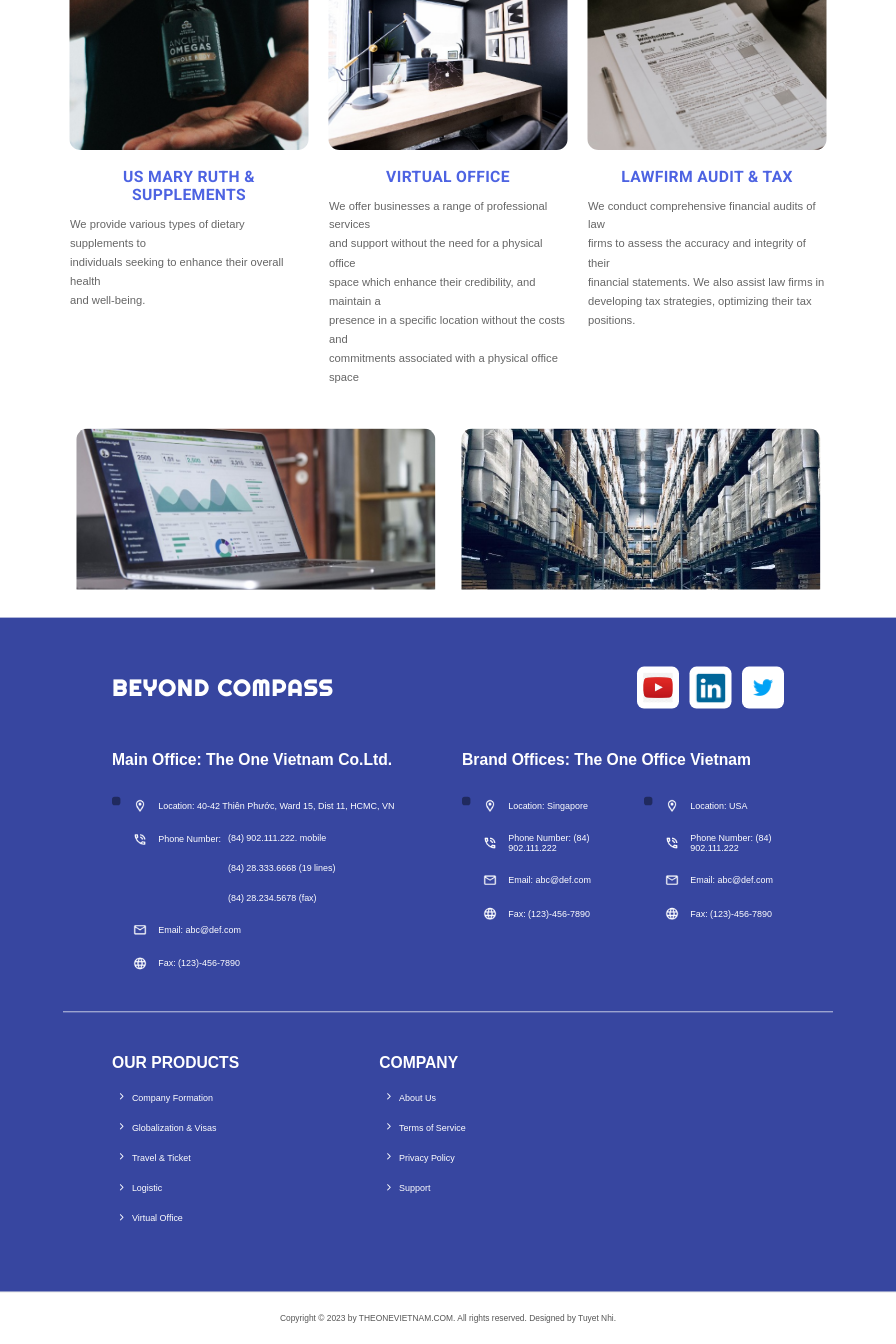
Repository: trunghau06/baitapRn
Page: pages/product.html
An editor plug-in stored every save of this project. The page is shown before and after the next save, followed by the edit.
The browser window is 1280 px wide. The pictures show the part of the page from y = 1326 to 3246 px (the page is 3246 px tall before and 2208 px after), at 70% of full size.

Above is the page before, as saved 2025-10-09 22:39:31.

### pages/product.html
<!DOCTYPE html>
<html lang="en">
<head>
    <meta charset="UTF-8">
    <meta name="viewport" content="width=device-width, initial-scale=1.0">
    <title>Our products</title>
    <link rel="stylesheet" href="../style/product.css?v=1">
    <link rel="stylesheet" href="https://cdnjs.cloudflare.com/ajax/libs/font-awesome/6.5.1/css/all.min.css">
    <link href="https://fonts.googleapis.com/css2?family=Roboto:wght@400;700&display=swap" rel="stylesheet">
</head>
<body>
    <!-- Thanh Header -->
    <header>
        <div class="header-Page">
            <!-- Logo -->
            <div class="logo">BEYOND COMPASS</div>

            <!-- Navigation Menu -->
            <nav>
                <ul>
                    <li><a href="../index.html"                 >HOME        </a></li>
                    <li><a href="about.html"                 >ABOUT US    </a></li>
                    <li><a href="product.html" class="active">OUR PRODUCTS</a></li>
                    <li><a href="news.html"                  >NEWS        </a></li>
                    <li><a href="team.html"                  >OUR TEAM    </a></li>
                    <li><a href="contact.html"               >CONTACT     </a></li>
                    <li><a href="blogs.html"                 >BLOGS       </a></li>
                </ul>
            </nav>
        </div>
    </header>

    <div class="header-banner"></div>

    <!-- Gioi Thieu -->
    <div class="introduce-Page">
        <svg class="hexagon-small-double" viewBox="0 0 100 115" xmlns="http://www.w3.org/2000/svg">
            <polygon points="50 10, 85 30, 85 70, 50 90, 15 70, 15 30"
                    fill="#C8CFF6"
                    stroke="none"/>
            <polygon points="50 -2, 97 20, 97 80, 50 102, 3 80, 3 20"
                    fill="none"
                    stroke="#C8CFF6"
                    stroke-width="10"/>
        </svg>

        <div class="hexagon hexagon-large"></div>

         <svg class="hexagon-outline" viewBox="0 0 100 115" xmlns="http://www.w3.org/2000/svg">
            <polygon points="50 0, 93 25, 93 75, 50 100, 7 75, 7 25"
                    fill="none"
                    stroke="#C8CFF6"
                    stroke-width="2"
                    stroke-dasharray="5, 5"/>
        </svg>

        <svg class="pentagon-outline" viewBox="0 0 100 100" xmlns="http://www.w3.org/2000/svg">
            <defs>
                <linearGradient id="strokeHalfColor" x1="0%" y1="0%" x2="100%" y2="0%">
                    <stop offset="50%" style="stop-color:#FFFFFF;stop-opacity:1" />
                    <stop offset="50%" style="stop-color:#C8CFF6;stop-opacity:1" />
                </linearGradient>
            </defs>
            <polygon points="50 5, 95 40, 80 90, 20 90, 5 40"
                    fill="none"
                    stroke="url(#strokeHalfColor)"
                    stroke-width="3"
                    transform="rotate(30 50 50)"/>
        </svg>

        <svg class="pentagon-filled" viewBox="0 0 100 100" xmlns="http://www.w3.org/2000/svg">
            <polygon points="50 5, 95 40, 80 90, 20 90, 5 40"
                    fill="#C8CFF6"
                    stroke="#C8CFF6"
                    stroke-width="3"/>
        </svg>

        <h1>Our products</h1>

        <h3>Unleash the Power of Innovation!</h3>

        <p>We are proud to offer a diverse range of cutting-edge products designed to revolutionize your world.</p>
    </div>

    <div class="box-section">
        <!-- box 1 -->
        <div class="box">
            <img src="../Images/image_box_1.jpg" alt="">

            <div class="content-box">
                <h3>COMPANY FORMATION</h3>

                <p>
                    We aim to simplify and streamline the complex legal<br>
                    and administrative procedures involved in company<br>
                    formation, helping clients navigate the requirements<br>
                    and ensure compliance with relevant regulations.</p>
            </div>
        </div>

        <!-- box 2 -->
        <div class="box">
            <img src="../Images/image_box_2.jpg" alt="">

            <div class="content-box">
                <h3>GLOBAL IMMIGRATION & VISAS</h3>

                <p>
                    We assist people who want to travel, work, study, or<br>
                    live in another country by offering comprehensive<br>
                    assistance throughout the immigration and visa<br>
                    application process.</p>
            </div>
        </div>

        <!-- box 3 -->
        <div class="box">
            <img src="../Images/image_box_3.jpg" alt="">

            <div class="content-box">
                <h3>TRAVEL AND TICKETS</h3>

                <p>
                    We provide personalized consultations to assess<br>
                    clients' immigration goals, evaluate eligibility for <br>
                    various immigration programs, and develop a<br>
                    strategic immigration plan.</p>
            </div>
        </div>

        <!-- box 4 -->
        <div class="box">
            <img src="../Images/image_box_4.jpg" alt="">

            <div class="content-box">
                <h3>US MARY RUTH & SUPPLEMENTS</h3>

                <p>
                    We provide various types of dietary supplements to<br>
                    individuals seeking to enhance their overall health<br>
                    and well-being.
            </div>
        </div>

        <!-- box 5 -->
        <div class="box">
            <img src="../Images/image_box_5.jpg" alt="">

            <div class="content-box">
                <h3>VIRTUAL OFFICE</h3>

                <p>
                    We offer businesses a range of professional services<br>
                    and support without the need for a physical office<br>
                    space which enhance their credibility, and maintain a<br>
                    presence in a specific location without the costs and<br>
                    commitments associated with a physical office<br>
                    space
                </p>
            </div>
        </div>

        <!-- box 6 -->
        <div class="box">
            <img src="../Images/image_box_6.jpg" alt="">

            <div class="content-box">
                <h3>LAWFIRM AUDIT & TAX</h3>

                <p>
                    We conduct comprehensive financial audits of law <br>
                    firms to assess the accuracy and integrity of their<br>
                    financial statements. We also assist law firms in <br>
                    developing tax strategies, optimizing their tax<br>
                    positions.
                </p>
            </div>
        </div>

        <!-- box 7 -->
        <div class="box">
            <img src="../Images/image_box_7.jpg" alt="">

            <div class="content-box">
                <h3>DOMAIN SERVICE</h3>

                <p>
                    We help users search for and register available domain names based on their<br>
                    preferences and the availability of the desired domain extension.
                </p>
            </div>
        </div>

        <!-- box 8 -->
        <div class="box">
            <img src="../Images/image_box_8.jpg" alt="">

            <div class="content-box">
                <h3>LOGISTIC</h3>

                <p>
                    We offer the management and coordination of various activities related to the <br>
                    movement, storage, and handling of goods and resources throughout the supply <br>
                    chain.
                </p>
            </div>
        </div>
    </div>

    <!-- Footer -->
    <div class="footer">
        <!-- Header -->
        <div class="header-Footer">
            <h2>BEYOND COMPASS</h2>
            <div class="social-icons">
                <button><img src="../Images/youtube.png" alt="YouTube"></button>
                <button><img src="../Images/logo_linkedin.png" alt="LinkedIn"></button>
                <button><img src="../Images/image.png" alt="Twitter"></button>
            </div>
        </div>

        <!-- Offices -->
        <div class="offices">
            <!-- Main Office -->
            <div class="office">
                <h3>Main Office: The One Vietnam Co.Ltd.</h3>
                <div class="office-info">
                    <span class="square"></span>

                    <div class="content-info">
                        <p><img src="../Images/ic_map.png" alt="">Location: 40-42 Thiên Phước, Ward 15, Dist 11, HCMC, VN</p>

                        <div class="phone-group">
                            <p><img src="../Images/ic_phone.png" alt="">Phone Number: </p>

                            <div class="phone">
                                <p>(84) 902.111.222. mobile</p>
                                <p>(84) 28.333.6668 (19 lines)</p>
                                <p>(84) 28.234.5678 (fax)</p>
                            </div>
                        </div>

                        <p><img src="../Images/ic_email.png" alt="">Email: abc@def.com</p>
                        <p><img src="../Images/ic_global.png" alt="">Fax: (123)-456-7890</p>
                    </div>
                </div>
            </div>

            <!-- Brand Offices -->
            <div class="office">
                <h3>Brand Offices: The One Office Vietnam</h3>
                <div class="brand-offices">
                    <div class="office-info">
                        <span class="square"></span>

                        <div class="content-info">
                            <p><img src="../Images/ic_map.png" alt="Location">Location: Singapore</p>
                            <p><img src="../Images/ic_phone.png" alt="Phone">Phone Number: (84) 902.111.222</p>
                            <p><img src="../Images/ic_email.png" alt="Email">Email: abc@def.com</p>
                            <p><img src="../Images/ic_global.png" alt="Fax">Fax: (123)-456-7890</p>
                        </div>
                    </div>

                    <div class="office-info">
                        <span class="square"></span>

                        <div class="content-info">
                            <p><img src="../Images/ic_map.png" alt="">Location: USA</p>
                            <p></span><img src="../Images/ic_phone.png" alt="">Phone Number: (84) 902.111.222</p>
                            <p></span><img src="../Images/ic_email.png" alt="">Email: abc@def.com</p>
                            <p></span><img src="../Images/ic_global.png" alt="">Fax: (123)-456-7890</p>
                        </div>
                    </div>
                </div>
            </div>
        </div>

        <div class="line"></div>

        <div class="footer-links">
            <div class="link-column">
            <h4>OUR PRODUCTS</h4>
            <ul>
                <li><i class="fas fa-chevron-right"></i> Company Formation</li>
                <li><i class="fas fa-chevron-right"></i> Globalization & Visas</li>
                <li><i class="fas fa-chevron-right"></i> Travel & Ticket</li>
                <li><i class="fas fa-chevron-right"></i> Logistic</li>
                <li><i class="fas fa-chevron-right"></i> Virtual Office</li>
            </ul>
            </div>

            <div class="link-column">
            <h4>COMPANY</h4>
            <ul>
                <li><i class="fas fa-chevron-right"></i> About Us</li>
                <li><i class="fas fa-chevron-right"></i> Terms of Service</li>
                <li><i class="fas fa-chevron-right"></i> Privacy Policy</li>
                <li><i class="fas fa-chevron-right"></i> Support</li>
            </ul>
            </div>
        </div>

        <footer class="footer-bottom">
            <p>Copyright © 2023 by THEONEVIETNAM.COM. All rights reserved. Designed by Tuyet Nhi.</p>
        </footer>
    </div>
</body>
</html>

Loaded but not shown: style/product.css (422 lines, source omitted)

After the next save:
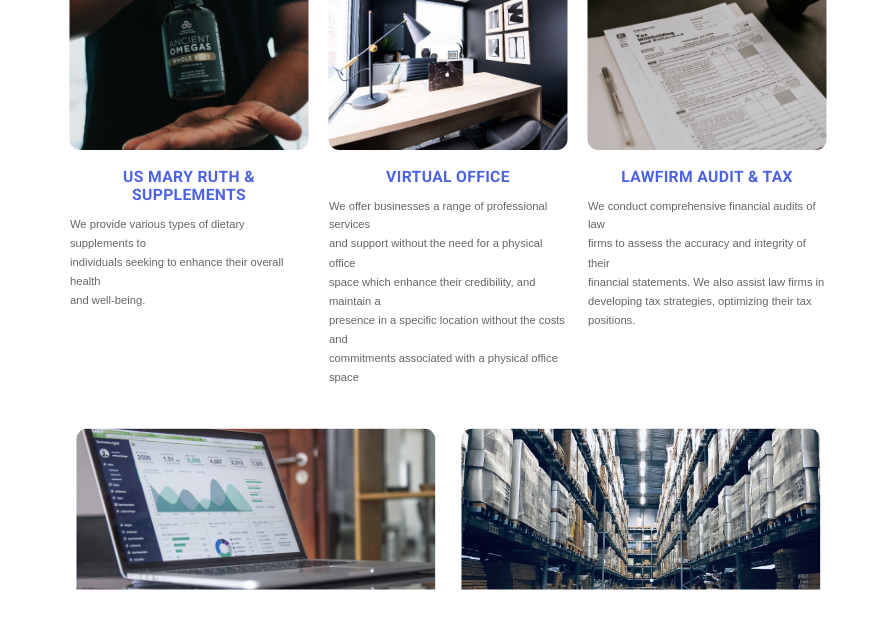
Saved 35 s later.
--- a/pages/product.html
+++ b/pages/product.html
@@ -207,102 +207,6 @@
         </div>
     </div>
 
-    <!-- Footer -->
-    <div class="footer">
-        <!-- Header -->
-        <div class="header-Footer">
-            <h2>BEYOND COMPASS</h2>
-            <div class="social-icons">
-                <button><img src="../Images/youtube.png" alt="YouTube"></button>
-                <button><img src="../Images/logo_linkedin.png" alt="LinkedIn"></button>
-                <button><img src="../Images/image.png" alt="Twitter"></button>
-            </div>
-        </div>
-
-        <!-- Offices -->
-        <div class="offices">
-            <!-- Main Office -->
-            <div class="office">
-                <h3>Main Office: The One Vietnam Co.Ltd.</h3>
-                <div class="office-info">
-                    <span class="square"></span>
-
-                    <div class="content-info">
-                        <p><img src="../Images/ic_map.png" alt="">Location: 40-42 Thiên Phước, Ward 15, Dist 11, HCMC, VN</p>
-
-                        <div class="phone-group">
-                            <p><img src="../Images/ic_phone.png" alt="">Phone Number: </p>
-
-                            <div class="phone">
-                                <p>(84) 902.111.222. mobile</p>
-                                <p>(84) 28.333.6668 (19 lines)</p>
-                                <p>(84) 28.234.5678 (fax)</p>
-                            </div>
-                        </div>
-
-                        <p><img src="../Images/ic_email.png" alt="">Email: abc@def.com</p>
-                        <p><img src="../Images/ic_global.png" alt="">Fax: (123)-456-7890</p>
-                    </div>
-                </div>
-            </div>
-
-            <!-- Brand Offices -->
-            <div class="office">
-                <h3>Brand Offices: The One Office Vietnam</h3>
-                <div class="brand-offices">
-                    <div class="office-info">
-                        <span class="square"></span>
-
-                        <div class="content-info">
-                            <p><img src="../Images/ic_map.png" alt="Location">Location: Singapore</p>
-                            <p><img src="../Images/ic_phone.png" alt="Phone">Phone Number: (84) 902.111.222</p>
-                            <p><img src="../Images/ic_email.png" alt="Email">Email: abc@def.com</p>
-                            <p><img src="../Images/ic_global.png" alt="Fax">Fax: (123)-456-7890</p>
-                        </div>
-                    </div>
-
-                    <div class="office-info">
-                        <span class="square"></span>
-
-                        <div class="content-info">
-                            <p><img src="../Images/ic_map.png" alt="">Location: USA</p>
-                            <p></span><img src="../Images/ic_phone.png" alt="">Phone Number: (84) 902.111.222</p>
-                            <p></span><img src="../Images/ic_email.png" alt="">Email: abc@def.com</p>
-                            <p></span><img src="../Images/ic_global.png" alt="">Fax: (123)-456-7890</p>
-                        </div>
-                    </div>
-                </div>
-            </div>
-        </div>
-
-        <div class="line"></div>
-
-        <div class="footer-links">
-            <div class="link-column">
-            <h4>OUR PRODUCTS</h4>
-            <ul>
-                <li><i class="fas fa-chevron-right"></i> Company Formation</li>
-                <li><i class="fas fa-chevron-right"></i> Globalization & Visas</li>
-                <li><i class="fas fa-chevron-right"></i> Travel & Ticket</li>
-                <li><i class="fas fa-chevron-right"></i> Logistic</li>
-                <li><i class="fas fa-chevron-right"></i> Virtual Office</li>
-            </ul>
-            </div>
-
-            <div class="link-column">
-            <h4>COMPANY</h4>
-            <ul>
-                <li><i class="fas fa-chevron-right"></i> About Us</li>
-                <li><i class="fas fa-chevron-right"></i> Terms of Service</li>
-                <li><i class="fas fa-chevron-right"></i> Privacy Policy</li>
-                <li><i class="fas fa-chevron-right"></i> Support</li>
-            </ul>
-            </div>
-        </div>
-
-        <footer class="footer-bottom">
-            <p>Copyright © 2023 by THEONEVIETNAM.COM. All rights reserved. Designed by Tuyet Nhi.</p>
-        </footer>
-    </div>
+
 </body>
 </html>

After the save that followed:
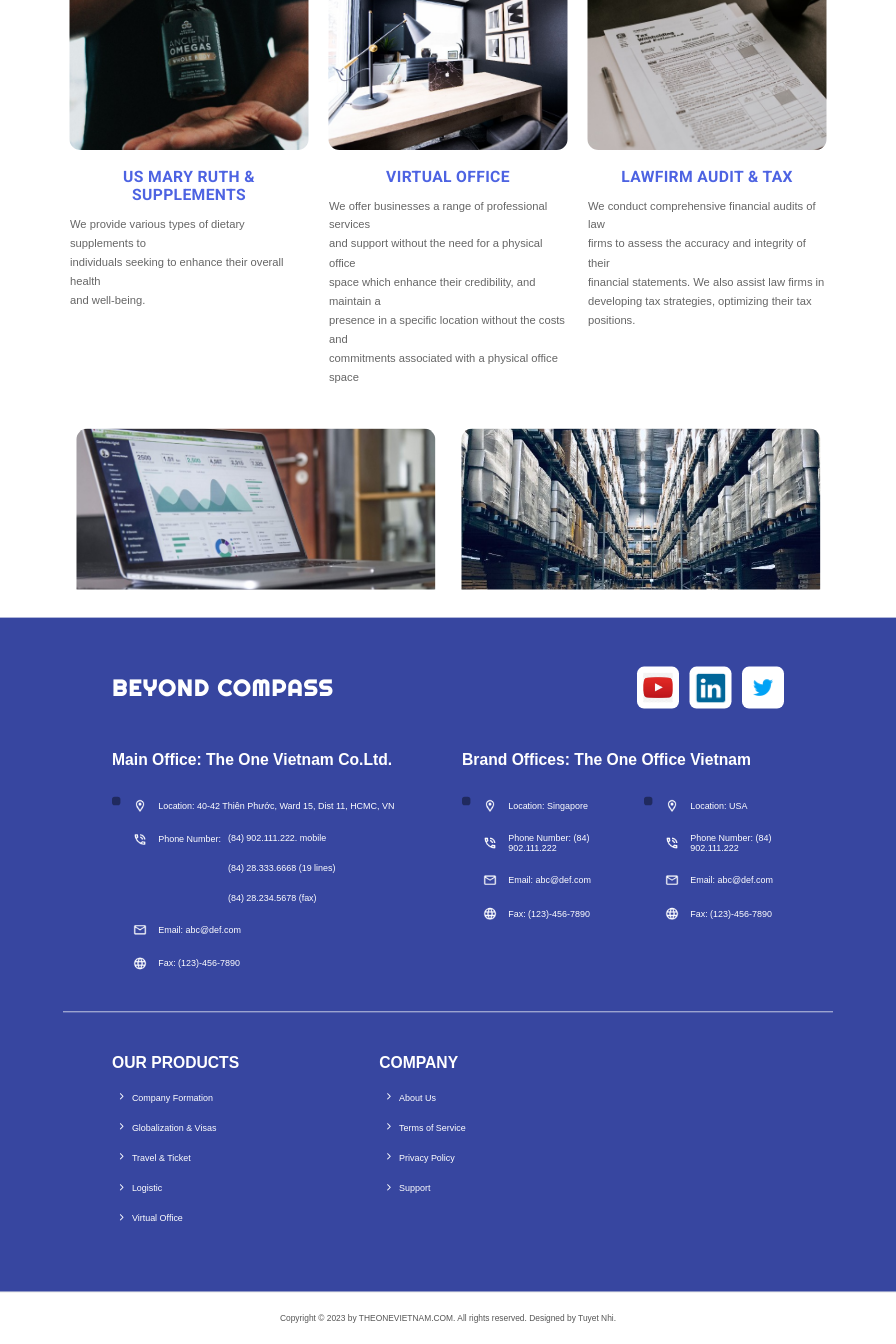
Saved 80 s later.
--- a/pages/product.html
+++ b/pages/product.html
@@ -207,6 +207,102 @@
         </div>
     </div>
 
-
+    <!-- Footer -->
+    <div class="footer">
+        <!-- Header -->
+        <div class="header-Footer">
+            <h2>BEYOND COMPASS</h2>
+            <div class="social-icons">
+                <button><img src="../Images/youtube.png" alt="YouTube"></button>
+                <button><img src="../Images/logo_linkedin.png" alt="LinkedIn"></button>
+                <button><img src="../Images/image.png" alt="Twitter"></button>
+            </div>
+        </div>
+
+        <!-- Offices -->
+        <div class="offices">
+            <!-- Main Office -->
+            <div class="office">
+                <h3>Main Office: The One Vietnam Co.Ltd.</h3>
+                <div class="office-info">
+                    <span class="square"></span>
+
+                    <div class="content-info">
+                        <p><img src="../Images/ic_map.png" alt="">Location: 40-42 Thiên Phước, Ward 15, Dist 11, HCMC, VN</p>
+
+                        <div class="phone-group">
+                            <p><img src="../Images/ic_phone.png" alt="">Phone Number: </p>
+
+                            <div class="phone">
+                                <p>(84) 902.111.222. mobile</p>
+                                <p>(84) 28.333.6668 (19 lines)</p>
+                                <p>(84) 28.234.5678 (fax)</p>
+                            </div>
+                        </div>
+
+                        <p><img src="../Images/ic_email.png" alt="">Email: abc@def.com</p>
+                        <p><img src="../Images/ic_global.png" alt="">Fax: (123)-456-7890</p>
+                    </div>
+                </div>
+            </div>
+
+            <!-- Brand Offices -->
+            <div class="office">
+                <h3>Brand Offices: The One Office Vietnam</h3>
+                <div class="brand-offices">
+                    <div class="office-info">
+                        <span class="square"></span>
+
+                        <div class="content-info">
+                            <p><img src="../Images/ic_map.png" alt="Location">Location: Singapore</p>
+                            <p><img src="../Images/ic_phone.png" alt="Phone">Phone Number: (84) 902.111.222</p>
+                            <p><img src="../Images/ic_email.png" alt="Email">Email: abc@def.com</p>
+                            <p><img src="../Images/ic_global.png" alt="Fax">Fax: (123)-456-7890</p>
+                        </div>
+                    </div>
+
+                    <div class="office-info">
+                        <span class="square"></span>
+
+                        <div class="content-info">
+                            <p><img src="../Images/ic_map.png" alt="">Location: USA</p>
+                            <p></span><img src="../Images/ic_phone.png" alt="">Phone Number: (84) 902.111.222</p>
+                            <p></span><img src="../Images/ic_email.png" alt="">Email: abc@def.com</p>
+                            <p></span><img src="../Images/ic_global.png" alt="">Fax: (123)-456-7890</p>
+                        </div>
+                    </div>
+                </div>
+            </div>
+        </div>
+
+        <div class="line"></div>
+
+        <div class="footer-links">
+            <div class="link-column">
+            <h4>OUR PRODUCTS</h4>
+            <ul>
+                <li><i class="fas fa-chevron-right"></i> Company Formation</li>
+                <li><i class="fas fa-chevron-right"></i> Globalization & Visas</li>
+                <li><i class="fas fa-chevron-right"></i> Travel & Ticket</li>
+                <li><i class="fas fa-chevron-right"></i> Logistic</li>
+                <li><i class="fas fa-chevron-right"></i> Virtual Office</li>
+            </ul>
+            </div>
+
+            <div class="link-column">
+            <h4>COMPANY</h4>
+            <ul>
+                <li><i class="fas fa-chevron-right"></i> About Us</li>
+                <li><i class="fas fa-chevron-right"></i> Terms of Service</li>
+                <li><i class="fas fa-chevron-right"></i> Privacy Policy</li>
+                <li><i class="fas fa-chevron-right"></i> Support</li>
+            </ul>
+            </div>
+        </div>
+
+        <footer class="footer-bottom">
+            <p>Copyright © 2023 by THEONEVIETNAM.COM. All rights reserved. Designed by Tuyet Nhi.</p>
+        </footer>
+    </div>
 </body>
 </html>
